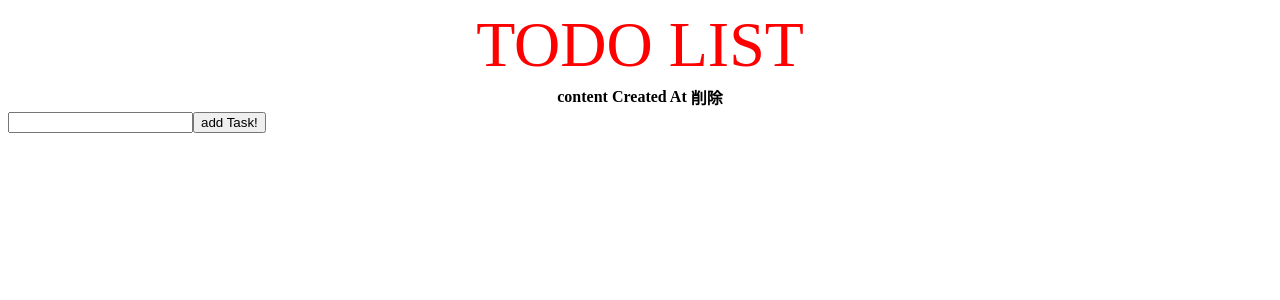
Repository: WistreHosshii/hacathon_todolList
Page: /
An editor plug-in stored every save of this project. The page is shown before and after the next save, followed by the edit.
The browser window is 1280 px wide. The pictures show the whole page.
The page's requests for data from a server got no answer. The project was rebuilt for these pictures with package versions that can differ from the ones it lists, and the page was loaded fresh each time. No one was signed in, and anything a server would have sent is missing.

Above is the page before, as saved 2019-06-11 00:00:48.

After the next save:
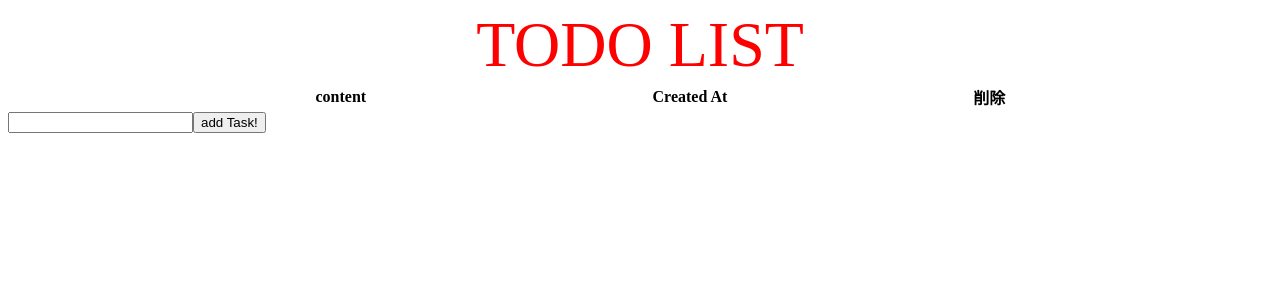
Saved 11 s later.
--- a/App.tsx
+++ b/App.tsx
@@ -14,6 +14,7 @@ const Body = styled.div`
 const JobTable = styled.table`
   text-align: center;
   margin: 0 auto;
+  width: 70%;
 `;
 interface Props {}
 interface State {
